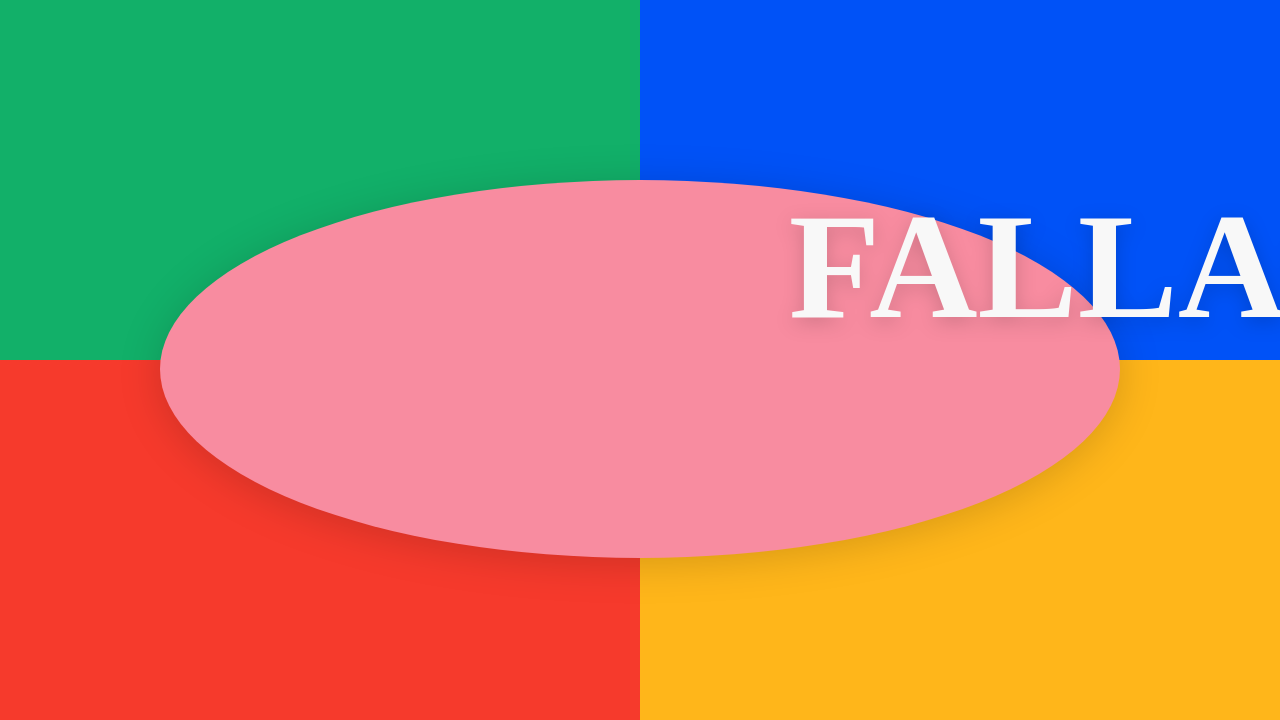
Repository: yafugray/fallacies
Page: project/Midterm project/index.html
These files come from the project's save history. The page is drawn as it stood at one moment and after a run of saves; the edit follows.
The browser window is 1280 px wide. The pictures show the whole page.

Above is the page before, as saved 2020-03-12 15:00:35.

### project/Midterm project/index.html
<!DOCTYPE html>
<html lang="en">
<head>
    <meta charset="UTF-8">
    <meta name="viewport" content="width=device-width, initial-scale=1.0">
    <title>Fallacies</title>
    <link href="app.css" rel="stylesheet">
</head>
<body>
    <div id="Mainpage">
        <div id="rec1"></div>
        <div id="rec2"></div>
        <div id="rec3"></div>
        <div id="rec4"></div>
        <div id="group1">
            <svg class="ellipse">
                <ellipse fill="rgba(248,140,160,1)" id="Ellipse_8" rx="75%" ry="75%" cx="50%" cy="75%">
                </ellipse>
            </svg>
            <div id="fallacies">
                <span>FALLACIES</span>
            </div>
        </div>
    </div>
</body>
</html>

### project/Midterm project/app.css
* {
    margin: 0;
    padding: 0;
    box-sizing: border-box;
    border: none;
}

#Mainpage {
    position: absolute;
    width: 100vw;
    height: 100vh;
    background-color: azure;
    overflow: hidden;
}
@keyframes fadein {

    0% {
        opacity: 0;
    }
    100% {
        opacity: 1;
    }

}

#rec1 {
	position: absolute;
	overflow: visible;
	width: 50vw;
	height: 50vh;
	left: 0px;
    top: 0px;
    background-color: rgba(18,176,105,1);
}
#rec4 {
	position: absolute;
	overflow: visible;
	width: 50vw;
	height: 50vh;
	left: 0px;
    bottom: 0px;
    background-color: rgba(246,58,44,1);
}
#rec2 {
	position: absolute;
	overflow: visible;
	width: 50vw;
	height: 50vh;
	right: 0px;
    top: 0px;
    background-color: rgba(0,82,247,1);
}
#rec3 {
	position: absolute;
	overflow: visible;
	width: 50vw;
	height: 50vh;
	right: 0px;
    bottom: 0px;
    background-color: rgba(255,182,26,1);
}

#group1 {
    position: absolute;
	width: 70vw;
	height: 35vh;
    left: 25%;
    right: 25%;
    top: 25%;
    bottom: 25%;
	overflow: visible;
	--web-animation: fadein 0.3s ease-out;
	--web-action-type: page;
	--web-action-target: custom___2.html;
	cursor: pointer;
}

.ellipse {
    filter: drop-shadow(0px 5px 20px rgba(0, 0, 0, 0.161));
	position: absolute;
	overflow: visible;
	width: 50vw;
	height: 35vh;
    left: 0px;
    right:0px;
    top: 0px;
    bottom: 0px;
}

#fallacies {
    filter: drop-shadow(0px 5px 10px rgba(0, 0, 0, 0.161));
    position: absolute;
    align-items: center;
    justify-content: center;
    right: 50%;
    left: 50%;
    width: 889px;
    overflow: visible;
    white-space: nowrap;
    text-align: center;
    font-family: TitlingGothicFB Narrow;
    font-style: normal;
    font-weight: bold;
    font-size: 150px;
    color: rgba(248,248,248,1);
}

After the next 2 saves:
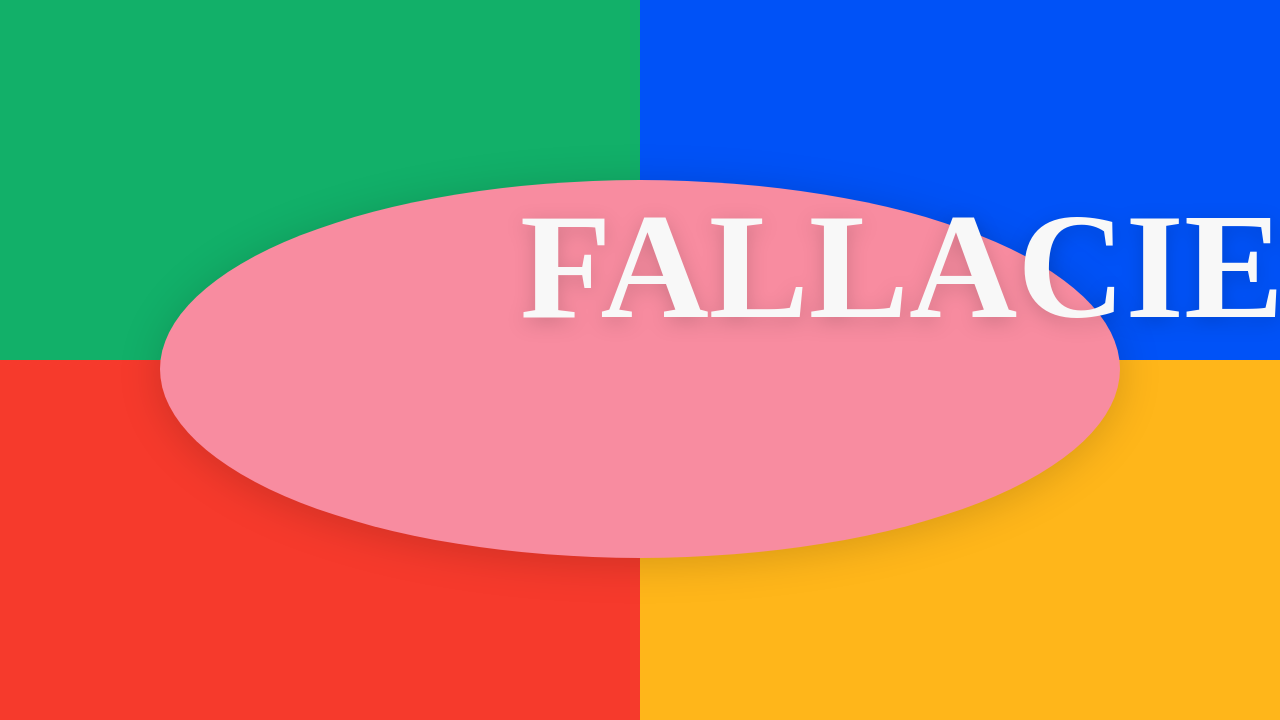
The 2 saves are shown as one change because they came seconds apart.
The last was saved 6 s later.
--- a/project/Midterm project/app.css
+++ b/project/Midterm project/app.css
@@ -92,8 +92,8 @@
     position: absolute;
     align-items: center;
     justify-content: center;
-    right: 50%;
-    left: 50%;
+    right: 20%;
+    left: 20%;
     width: 889px;
     overflow: visible;
     white-space: nowrap;
